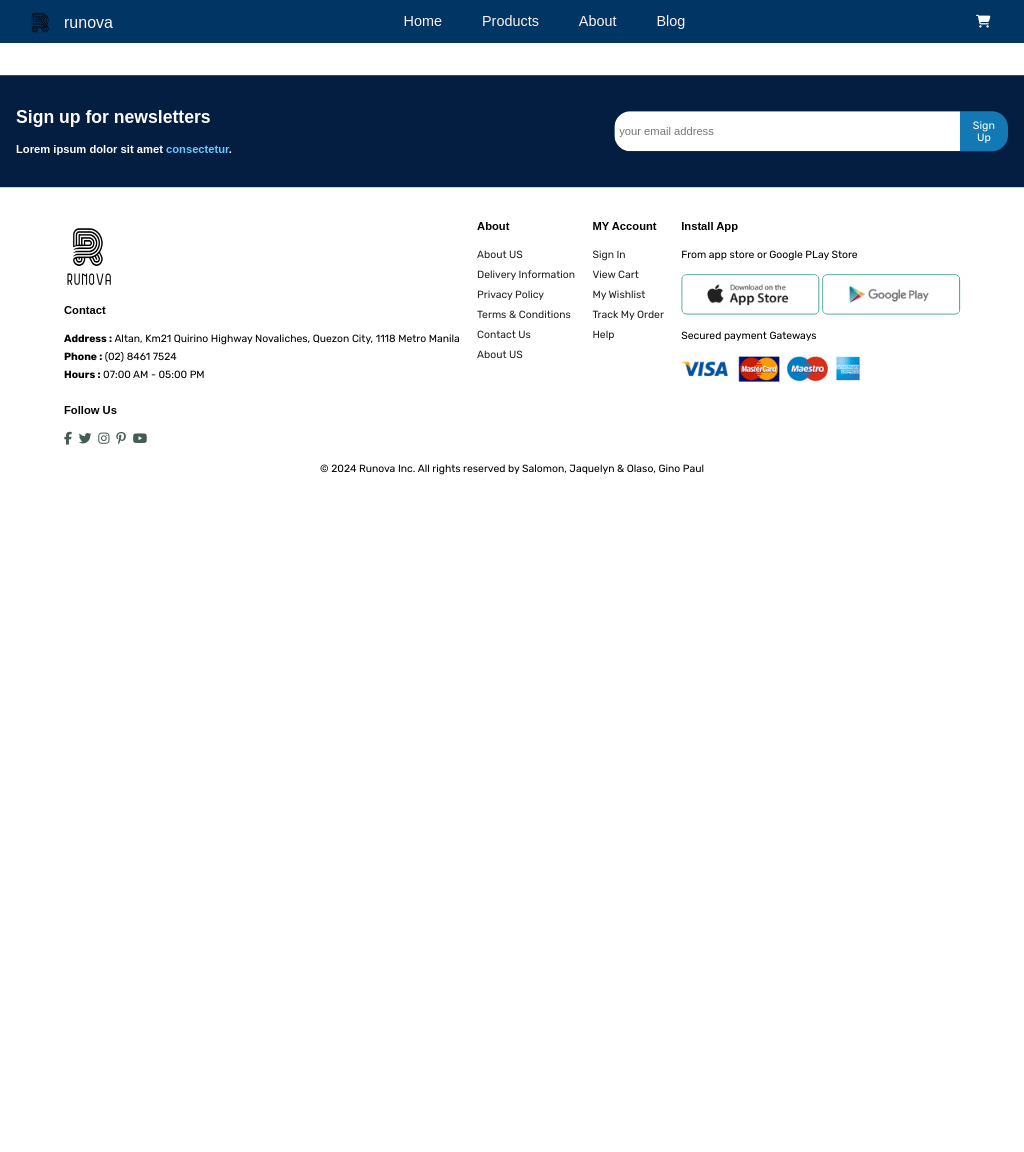
Repository: bluemoonsunshine/E-commerce-Website-Runova
Page: products.html
The author's editor kept a copy of each file at every save. The page is drawn from the files as they stood at one save, then again after the next save.
The browser window is 1280 px wide. The pictures show the whole page, at 80% of full size.
Some web fonts or font styles are not loaded; a fallback is used. Some web libraries are served in a nearby version.

Above is the page before, as saved 2024-09-28 00:29:50.

### products.html
<!DOCTYPE html>
<html lang="en">

<head>
    <meta charset="UTF-8">
    <meta name="viewport" content="width=device-width, initial-scale=1.0">
    <title>Runova</title>
    <link rel="stylesheet" href="https://cdnjs.cloudflare.com/ajax/libs/font-awesome/4.7.0/css/font-awesome.min.css">
    <link rel="stylesheet" href="https://unpkg.com/swiper/swiper-bundle.min.css">
    <link rel="stylesheet" href="https://unpkg.com/aos@next/dist/aos.css" />
    <link href="https://fonts.googleapis.com/css2?family=Anybody:wght@700&family=Bebas+Neue&display=swap"
        rel="stylesheet">
    <link href="https://fonts.googleapis.com/css2?family=Rubik:ital,wght@0,300..900;1,300..900&display=swap"
        rel="stylesheet">
    <link rel="stylesheet" href="styles.css">
    <script src="https://use.fontawesome.com/dfba0bb4d8.js"></script>
</head>

<body>
    <nav class="navbar">
        <div class="logo-container">
            <img src="logos&imgs/RunovaLogo.png" alt="Runova Logo">
            <span class="logo-text">runova</span>
        </div>
        <ul>
            <li><a href="./index.html">Home</a></li>
            <li><a href="#products">Products</a></li>
            <li><a href="#about">About</a></li>
            <li><a href="#blog">Blog</a></li>
        </ul>
        <a href="#cart"><i class="fa fa-shopping-cart" id="cart" aria-hidden="true"></i></a>
    </nav>



<!--newsletter section-->
    <section id="newsletter" class="section-p1 section-m1">
      <div class="newstext">
        <h4>Sign up for newsletters</h4>
        <p>Lorem ipsum dolor sit amet <span>consectetur</span>.</p>
      </div>
      <div class="form">
        <input type="text" placeholder="your email address">
        <button class="normal">Sign Up</button>
      </div>
    </section>
<!--newsletter ends-->


<!--Footer section starts-->
    <footer class="section-p1">
      <div class="col">
        <img class="logo" src="img/logos&imgs/rr.png" alt="">
        <h4>Contact</h4>
        <p><strong>Address :</strong> Altan, Km21 Quirino Highway Novaliches, Quezon City, 1118 Metro Manila</p>
        <p><strong>Phone :</strong> (02) 8461 7524</p>
        <p><strong>Hours :</strong> 07:00 AM - 05:00 PM</p>
        <div class="follow">
          <h4>Follow Us</h4>
          <div class="icon">
            <i class="fa fa-facebook" aria-hidden="true"></i>
            <i class="fa fa-twitter" aria-hidden="true"></i>
            <i class="fa fa-instagram" aria-hidden="true"></i>
            <i class="fa fa-pinterest-p" aria-hidden="true"></i>
            <i class="fa fa-youtube-play" aria-hidden="true"></i>
          </div>
        </div>
      </div>

      <div class="col">
        <h4>About</h4>
        <a href="#aboutus.html">About US</a>
        <a href="#">Delivery Information</a>
        <a href="#">Privacy Policy</a>
        <a href="#">Terms & Conditions</a>
        <a href="#">Contact Us</a>
        <a href="#aboutus.html">About US</a>
      </div>

      <div class="col">
        <h4>MY Account</h4>
        <a href="#">Sign In</a>
        <a href="#">View Cart</a>
        <a href="#">My Wishlist</a>
        <a href="#">Track My Order</a>
        <a href="#">Help</a>
      </div>


      <div class="col install">
        <h4>Install App</h4>
        <p>From app store or Google PLay Store</p>
        <div class="row">
          <img src="/img/logos&imgs/app.jpg" alt="">
          <img src="/img/logos&imgs/play.jpg" alt="">
        </div>
        <p>Secured payment Gateways</p>
        <img src="img/logos&imgs/pay.png" alt="">
      </div>

      <div class="copyright">
        <p>© 2024 Runova Inc. All rights reserved by Salomon, Jaquelyn & Olaso, Gino Paul</p>
      </div>

    </footer>
<!--Footer section ends-->

  <script src="app.js"></script>
  <script src="https://unpkg.com/swiper/swiper-bundle.min.js"></script>
</body>

</html>

### styles.css
*{
    margin: 0;
    padding: 0;
    box-sizing: border-box;
}

body {
    font-family: Anybody, sans-serif;
    min-height: 200vh;
    background-color: rgba(255, 255, 255, 0.5);
    overflow-x: hidden;
}
/*navbar*/
.navbar {
    position: sticky;
    top: 0;
    display: flex;
    align-items: center;
    justify-content: space-between;
    background-color: #013564;
    padding: 10px 30px;
    z-index: 1000;
    transition: background 0.3s, padding 0.3s, box-shadow 0.3s, border-radius 0.3s;
}

.navbar ul{
    list-style: none;
    display: flex;
    justify-content: center;
    gap: 50px;
    margin: 0 auto;
    padding: 0;
    font-size: 18px;
    text-decoration: none;
  }

.logo-text{
  margin-top: 3px;
  transition: 0s;
  font-size: 20px;
  color: #fff4f4;
  cursor: pointer;
}

.navbar ul li a {
    text-decoration: none;
    color: #fff1f1;
    transition: color 0.3s;
}

.navbar  ul li a:hover {
    color: #2bb1ff;
    cursor: pointer;
}

.navbar .logo-container {
    display: flex;
    align-items: center;
}

.navbar img {
    width: 40px;
    margin-right: 10px;
}

#cart{
    width: 30px;
    height:5 30px;
    color: white;
}

#cart:hover {
   color: #2bb1ff;
}

.scrolled {
    background-color: rgba(57, 100, 133, 0.801);
    backdrop-filter: blur(10px);
    padding: 20px 40px;
    border-radius: 28px;
    box-shadow: 0 4px 6px rgba(0, 0, 0, 0.1);
}

/*navbar ends*/

/*tagline*/
h1 {
    font-family: "Bebas Neue", sans-serif;
    text-align: center;
    color: #2bb1ff;
    font-size: 180px;
    margin-top: 15px;
    padding-left: 0px;
    position: relative;
    z-index: 1;
}
#run:hover {
color: black;
}

#homepagebg, #vid {
    width: 100vw;
    height: auto;
}

#homepagebg {
    object-fit: cover;
}

.overlay-container {
    position: relative;
    width: 100%;
    max-width: 100vw;
}
/*tagline ad ends*/

/*featured products*/
.featured {
  max-width: 90%;
  margin: 0 auto;
  padding: 4rem 0;
  text-align: center;
}

.featured-slider {
  position: relative;
}

.swiper-wrapper {
  display: flex;
  align-items: center;
  justify-content: center;
    padding: 1rem;
  margin: auto 1;
  gap: 20px;
}

.swiper-slide {
  background-color: #fff;
  border: 1px solid #98a7bd;
  border-radius: 10px;
  box-shadow: 2px 3px 8px rgba(200, 219, 238, 0.425);
  transition: transform 0.3s ease;
  width: 250px;
  height: 400px;
}

.swiper-slide:hover {
  transform: scale(1.03);
}

.image {
  width: 100%;
  height: 180px;
  margin-bottom: 1rem;
}

.discount {
    margin-top: 10px;
    border-radius: 5px;
    background-color:  #48aee9a1;
    color: #000000;
    padding: 2px 2px;
    font-size: 14px;
    margin-right: -206px;
}
.image img {
  width: 100%;
  height: 100%;
  object-fit: cover;
  border-radius: 5px;
}

.content h3 {
  font-size: 1.05 rem;
  padding: 5px;
  margin-bottom: 0.5rem;
  font-family: 'Anybody', sans-serif;
}

.price {
  font-size: 1.6rem;
  color: #10221b;
  margin-bottom: 1rem;
}

.stars i {
  color: gold;
  padding-bottom: 10px ;
}

.btn {
  display: inline-block;
  padding: 0.5rem 1rem;
  background-color: #000000;
  color: rgb(255, 255, 255);
  text-decoration: none;
  font-family: Anybody;
  padding: 5;
  border-radius: 5px;
  font-size: 0.9rem;
  cursor: pointer;
}

.btn:hover {
  background-color:  #1379b4;
  color: rgb(255, 255, 255);
}
/*featured products ends*/

/*banner1*/
#banner1 {
    position: relative;
    width: 100%;
    height: 70vh;
    display: flex;
    justify-content: space-between;
    background-color: #000;
    overflow: hidden;
}

#content {
    position: relative;
    display: flex;
    flex-direction: column;
    align-items: center;
    justify-content: center;
    z-index: 1;
    padding-left: 50px;
    color: white;
}

#kai-title {
    width: 500px;
}

#btn1 {
    font-family: 'Anybody', sans-serif;
    justify-content: flex-start;
    font-size: 18px;
    padding: 10px 20px;
    border-radius: 10px;
    background-color: white;
    color: black;
    border: none;
    cursor: pointer;
    align-self: flex-start;
    margin-left: 50px;
}

#btn1:hover {
    background-color: #24ec3f;
}

#feat1 {
    position: absolute;
    right: 0;
    bottom: 0;
    height: 100%;
    object-fit: cover;
    z-index: 0;
}
/*banner1 ends*/

/*About Us*/
.about-section{
  display: flex;
  align-items: center;
  padding: 40px 80px;
}
.about-section div {
  padding-left: 0px 40px 0px 40px;
}
.section h2{
  font-family: Rubik, sans serif;
  font-size: 40px;
  color: #000000;

}
.about-section p {
  font-family: Rubik, sans-serif;
  font-size: 20px;
  color: #000000;
}
/*About Us ends*/

/*Our service*/
.features{
    display: flex;
    align-items: center;
    justify-content: space-between;
    padding-bottom: 80px;
}

h2 {
    display: flex;
    align-items:center;
    justify-content: center;
    font-size: 90px;
    margin-top: 30px;
    margin-bottom: 0;
    text-align: center;
    padding-bottom: 20px;
}

h2:hover {
    color: #1379b4;
}

.feature{
    display:flex;
    flex-direction: column;
    align-items: center;
    text-align: center;
}

.featureIcon{
    width: 50px;
    height: 50px;

}
.featureTitle{
    font-size: 20px;
    margin: 5px;
}
.featureDesc {
  color: gray;
  width: 50%;
  height: 100px;
  font-family: 'Franklin Gothic Medium', 'Arial Narrow', Arial, sans-serif;
}
/*Our service ends*/

/*newsletter*/
#newsletter {
  display: flex;
  justify-content: space-between;
  flex-wrap: wrap;
  align-items: center;
  background-image: url("img/logos&imgs/3rdbanner.jpg");
  background-repeat: no-repeat;
  background-position: 250% 30%;
  background-color: #041e42;
  padding: 40px 0;
  margin: 40px 0; /* Add margin to the top and bottom */
}

#newsletter h4 {
  font-size: 22px;
  font-weight: 700;
  color: #fff;
  margin-left: 20px;
  padding-bottom: 18px;
}

#newsletter p {
  font-size: 14px;
  font-weight: 600;
  color: #fff;
  margin-left: 20px;
}

#newsletter p span {
  color: #6bc9ff;
}

#newsletter .form {
  display: flex;
  width: 40%;
}

#newsletter input {
  height: 3.125rem;
  padding: 5px;
  font-size: 14px;
  width: 100%;
  border: 1px solid transparent;
  border-radius: 20px 20px;
  outline: none;
  border-top-right-radius: 0;
  border-bottom-right-radius: 0;
}

#newsletter button {
  font-family: rubik, sans-serif;
  color: #ffffff;
  border-radius: 0px 20px 20px 0px;
  background-color: #1379b4;
  color: #ffffff;
  padding: 10px 10px;
  border: none;
  cursor: pointer;
   margin-right: 20px;
}

/*news;letter ends*/



/*footer*/
footer {
  display: flex;
  flex-wrap: wrap;
  justify-content: space-between;
  padding:0px 80px;
}

footer .col {
  display: flex;
  flex-direction: column;
  align-items: flex-start;
  margin-bottom: 20px;
  position: relative;
}

footer .logo {
  width: 100px;
  height: 105px;
  margin-left:-19px;
}

footer h4 {
  font-size: 14px;
  padding-bottom: 20px;
}

footer p {
  font-size: 13px;
  margin: 0 0 8px 0;
  font-family: rubik, sans-serif;
}

footer a {
  font-size: 13px;
  font-family: Rubik, sans serif;
  text-decoration: none;
  color: #222;
  margin-bottom: 10px;
}

footer p .fa {
  margin-top: 12px;
   border: 2px solid red;
  font-size: 1.1rem;
  align-self: flex-start;
  color: #088178;
  margin-right: 10px;
  margin: 5px;
  font-family: rubik, sans serif;
}

footer .follow {
  margin-top: 20px;
}

footer .follow i {
  color: #465b52;
  padding-right: 4px;
  cursor: pointer;
}

footer .install .row img {
  border: 1px solid #088178;
  border-radius: 6px;
  cursor: pointer;
}

footer .install img {
  margin: 10px 0 15px 0;
  cursor: pointer;
}

footer .follow i:hover,
footer a:hover {
  color: #088178;
}

footer .copyright {
  width: 100%;
  text-align: center;
}

/*footer ends*/



/*Media queries*/

### app.js
window.addEventListener("scroll", function() {
    const navbar = document.querySelector(".navbar");
    const logoText = document.querySelector(".logo-text");

    if (window.scrollY > 50) {
        navbar.classList.add("scrolled");
        logoText.classList.add("scrolled-logo");
    } else {
        navbar.classList.remove("scrolled");
        logoText.classList.remove("scrolled-logo");
    }
});

After the next save:
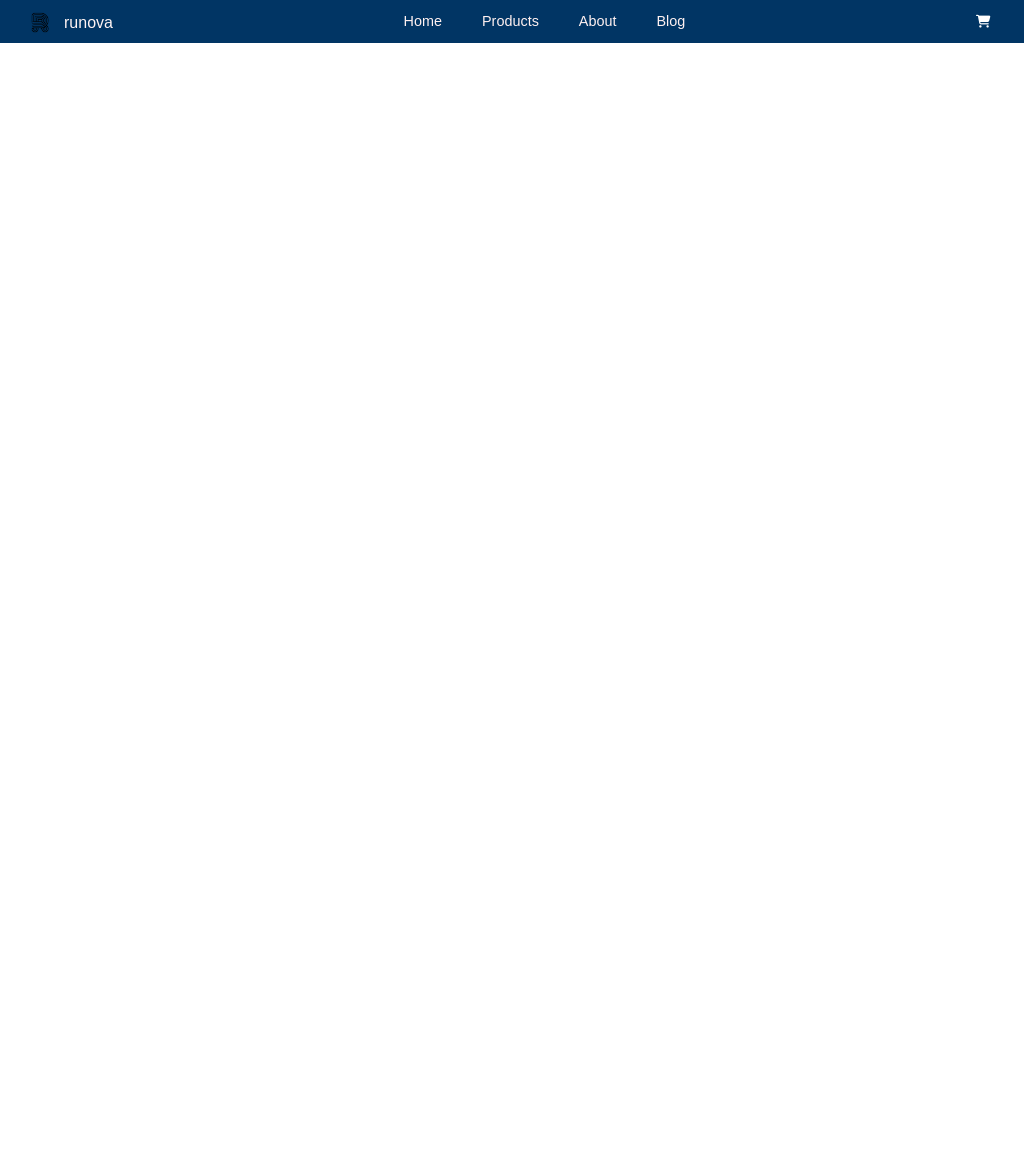
Saved 2 s later.
--- a/products.html
+++ b/products.html
@@ -32,81 +32,8 @@
     </nav>
 
 
-
-<!--newsletter section-->
-    <section id="newsletter" class="section-p1 section-m1">
-      <div class="newstext">
-        <h4>Sign up for newsletters</h4>
-        <p>Lorem ipsum dolor sit amet <span>consectetur</span>.</p>
-      </div>
-      <div class="form">
-        <input type="text" placeholder="your email address">
-        <button class="normal">Sign Up</button>
-      </div>
-    </section>
-<!--newsletter ends-->
-
-
-<!--Footer section starts-->
-    <footer class="section-p1">
-      <div class="col">
-        <img class="logo" src="img/logos&imgs/rr.png" alt="">
-        <h4>Contact</h4>
-        <p><strong>Address :</strong> Altan, Km21 Quirino Highway Novaliches, Quezon City, 1118 Metro Manila</p>
-        <p><strong>Phone :</strong> (02) 8461 7524</p>
-        <p><strong>Hours :</strong> 07:00 AM - 05:00 PM</p>
-        <div class="follow">
-          <h4>Follow Us</h4>
-          <div class="icon">
-            <i class="fa fa-facebook" aria-hidden="true"></i>
-            <i class="fa fa-twitter" aria-hidden="true"></i>
-            <i class="fa fa-instagram" aria-hidden="true"></i>
-            <i class="fa fa-pinterest-p" aria-hidden="true"></i>
-            <i class="fa fa-youtube-play" aria-hidden="true"></i>
-          </div>
-        </div>
-      </div>
-
-      <div class="col">
-        <h4>About</h4>
-        <a href="#aboutus.html">About US</a>
-        <a href="#">Delivery Information</a>
-        <a href="#">Privacy Policy</a>
-        <a href="#">Terms & Conditions</a>
-        <a href="#">Contact Us</a>
-        <a href="#aboutus.html">About US</a>
-      </div>
-
-      <div class="col">
-        <h4>MY Account</h4>
-        <a href="#">Sign In</a>
-        <a href="#">View Cart</a>
-        <a href="#">My Wishlist</a>
-        <a href="#">Track My Order</a>
-        <a href="#">Help</a>
-      </div>
-
-
-      <div class="col install">
-        <h4>Install App</h4>
-        <p>From app store or Google PLay Store</p>
-        <div class="row">
-          <img src="/img/logos&imgs/app.jpg" alt="">
-          <img src="/img/logos&imgs/play.jpg" alt="">
-        </div>
-        <p>Secured payment Gateways</p>
-        <img src="img/logos&imgs/pay.png" alt="">
-      </div>
-
-      <div class="copyright">
-        <p>© 2024 Runova Inc. All rights reserved by Salomon, Jaquelyn & Olaso, Gino Paul</p>
-      </div>
-
-    </footer>
-<!--Footer section ends-->
-
-  <script src="app.js"></script>
-  <script src="https://unpkg.com/swiper/swiper-bundle.min.js"></script>
+<script src="app.js"></script>
+<script src="https://unpkg.com/swiper/swiper-bundle.min.js"></script>
 </body>
 
 </html>

After the 2 saves that followed:
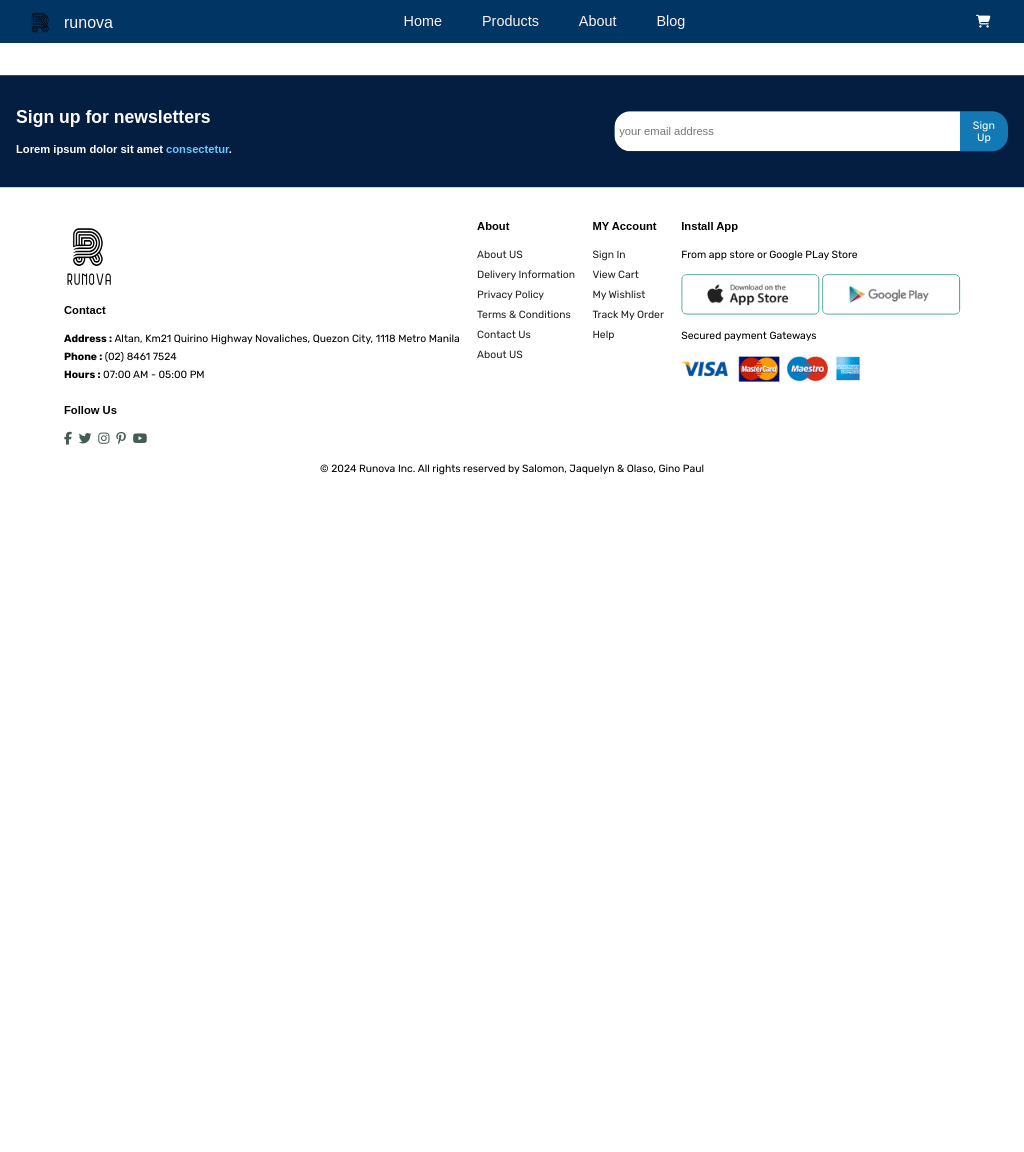
The 2 saves are shown as one change because they came seconds apart.
The last was saved 16 s later.
--- a/products.html
+++ b/products.html
@@ -31,6 +31,77 @@
         <a href="#cart"><i class="fa fa-shopping-cart" id="cart" aria-hidden="true"></i></a>
     </nav>
 
+<!--newsletter section-->
+<section id="newsletter" class="section-p1 section-m1">
+    <div class="newstext">
+        <h4>Sign up for newsletters</h4>
+        <p>Lorem ipsum dolor sit amet <span>consectetur</span>.</p>
+    </div>
+    <div class="form">
+        <input type="text" placeholder="your email address">
+        <button class="normal">Sign Up</button>
+    </div>
+</section>
+<!--newsletter ends-->
+
+
+<!--Footer section starts-->
+<footer class="section-p1">
+    <div class="col">
+        <img class="logo" src="img/logos&imgs/rr.png" alt="">
+        <h4>Contact</h4>
+        <p><strong>Address :</strong> Altan, Km21 Quirino Highway Novaliches, Quezon City, 1118 Metro Manila</p>
+        <p><strong>Phone :</strong> (02) 8461 7524</p>
+        <p><strong>Hours :</strong> 07:00 AM - 05:00 PM</p>
+        <div class="follow">
+            <h4>Follow Us</h4>
+            <div class="icon">
+                <i class="fa fa-facebook" aria-hidden="true"></i>
+                <i class="fa fa-twitter" aria-hidden="true"></i>
+                <i class="fa fa-instagram" aria-hidden="true"></i>
+                <i class="fa fa-pinterest-p" aria-hidden="true"></i>
+                <i class="fa fa-youtube-play" aria-hidden="true"></i>
+            </div>
+        </div>
+    </div>
+
+    <div class="col">
+        <h4>About</h4>
+        <a href="#aboutus.html">About US</a>
+        <a href="#">Delivery Information</a>
+        <a href="#">Privacy Policy</a>
+        <a href="#">Terms & Conditions</a>
+        <a href="#">Contact Us</a>
+        <a href="#aboutus.html">About US</a>
+    </div>
+
+    <div class="col">
+        <h4>MY Account</h4>
+        <a href="#">Sign In</a>
+        <a href="#">View Cart</a>
+        <a href="#">My Wishlist</a>
+        <a href="#">Track My Order</a>
+        <a href="#">Help</a>
+    </div>
+
+
+    <div class="col install">
+        <h4>Install App</h4>
+        <p>From app store or Google PLay Store</p>
+        <div class="row">
+            <img src="/img/logos&imgs/app.jpg" alt="">
+            <img src="/img/logos&imgs/play.jpg" alt="">
+        </div>
+        <p>Secured payment Gateways</p>
+        <img src="img/logos&imgs/pay.png" alt="">
+    </div>
+
+    <div class="copyright">
+        <p>© 2024 Runova Inc. All rights reserved by Salomon, Jaquelyn & Olaso, Gino Paul</p>
+    </div>
+
+</footer>
+<!--Footer section ends-->
 
 <script src="app.js"></script>
 <script src="https://unpkg.com/swiper/swiper-bundle.min.js"></script>
